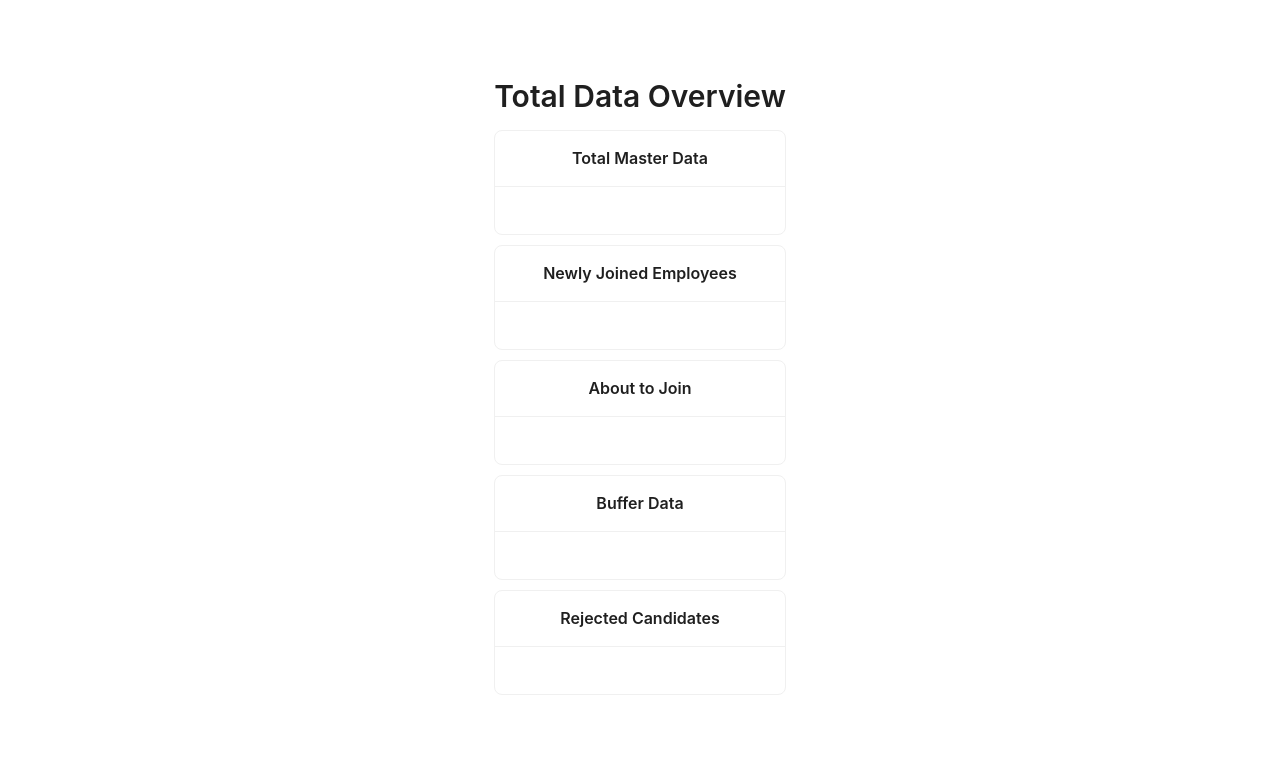
Repository: Moqueed/Delta_Iot
Page: /total-data (app in client/)
These files come from the project's save history. The page is drawn as it stood at one moment and after the next save; the edit follows.
The browser window is 1280 px wide. The pictures show the whole page.
The project was rebuilt for these pictures with package versions that can differ from the ones it lists, and the page was loaded fresh each time. Also part of the build but not shown: client/vite.config.js, client/src/api/index.js, client/src/api/users.js, client/src/pages/Register/index.jsx, client/src/pages/Login/index.jsx, client/src/components/ProtectedRoute.jsx, client/src/pages/HR/HRDashboard.jsx, client/src/pages/Admin/AdminDashboard.jsx.

Above is the page before, as saved 2025-03-13 22:41:27.

### client/src/App.jsx
import { Route, Routes } from "react-router-dom";
import "./App.css";
import RegisterPage from "./pages/Register";
import LoginPage from "./pages/Login";
import ProtectedRoute from "./components/ProtectedRoute";
import HRDashboard from "./pages/HR/HRDashboard";
import AdminDashboard from "./pages/Admin/AdminDashboard";
import TotalDataPage from "./pages/HR/TotalDataPage";

function App() {
  return (
    <>
      <Routes>
        <Route path="/register" element={<RegisterPage />} />
        <Route path="/login" element={<LoginPage />} />
        <Route
          path="/hr-dashboard"
          element={
            <ProtectedRoute role="HR">
              <HRDashboard />
            </ProtectedRoute>
          }
        />
        <Route
          path="/admin-dashboard"
          element={
            <ProtectedRoute role="Admin">
              <AdminDashboard />
            </ProtectedRoute>
          }
        />
        <Route path="*" element={<LoginPage />} />
        <Route path="/total-data" element={<TotalDataPage/>}/>
      </Routes>
    </>
  );
}

export default App;

### client/src/pages/HR/TotalDataPage.jsx
import React from "react";
import { Card, Typography } from "antd";

const { Title } = Typography;

const TotalDataPage = () => {
  return (
    <div style={{ padding: 20 }}>
      <Title level={2}>Total Data Overview</Title>

      <Card title="Total Master Data" style={{ marginBottom: 10 }}>
        {/* Data table or content */}
      </Card>

      <Card title="Newly Joined Employees" style={{ marginBottom: 10 }}>
        {/* Data table or content */}
      </Card>

      <Card title="About to Join" style={{ marginBottom: 10 }}>
        {/* Data table or content */}
      </Card>

      <Card title="Buffer Data" style={{ marginBottom: 10 }}>
        {/* Data table or content */}
      </Card>

      <Card title="Rejected Candidates" style={{ marginBottom: 10 }}>
        {/* Data table or content */}
      </Card>
    </div>
  );
};

export default TotalDataPage;

Loaded but not shown: client/index.html (common file); client/src/main.jsx (common file); client/src/index.css (common file); client/src/App.css (common file)

After the next save:
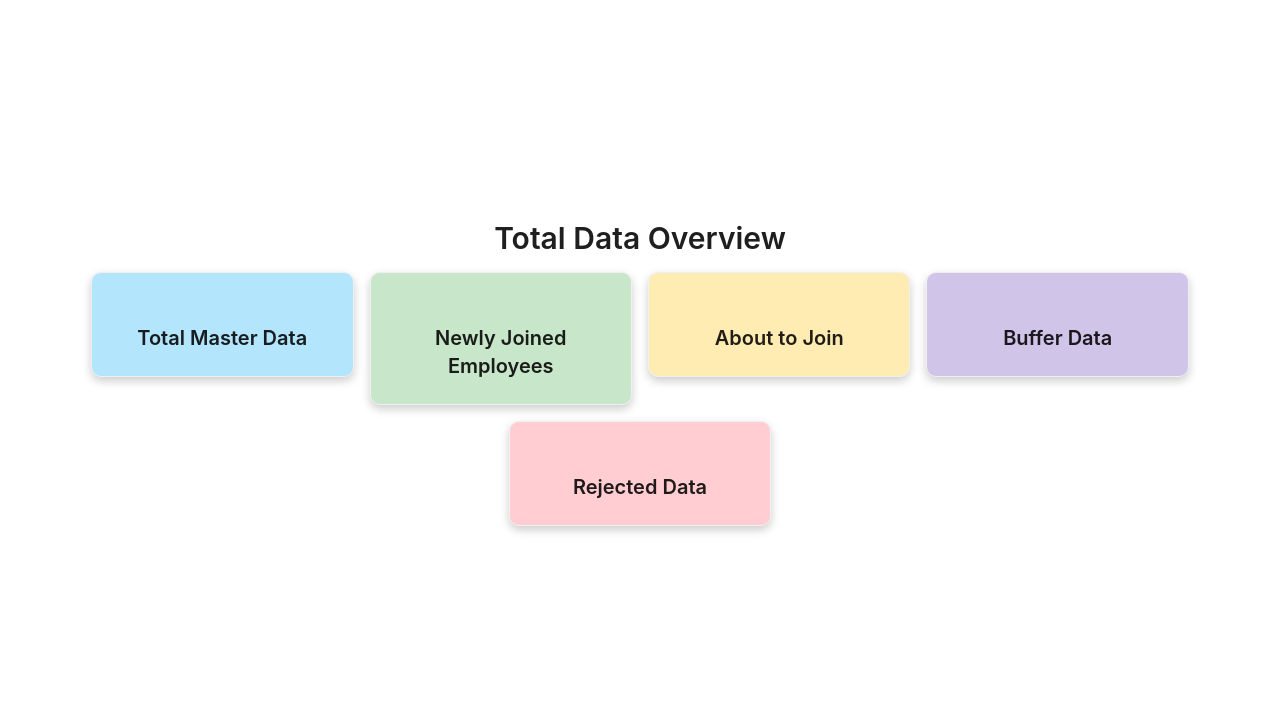
Saved 3 min 15 s later.
--- a/client/src/pages/HR/TotalDataPage.jsx
+++ b/client/src/pages/HR/TotalDataPage.jsx
@@ -1,32 +1,47 @@
 import React from "react";
-import { Card, Typography } from "antd";
+import { Card, Typography, Row, Col } from "antd";
+import { useNavigate } from "react-router-dom";
 
 const { Title } = Typography;
 
 const TotalDataPage = () => {
+  const navigate = useNavigate();
+
+  const sections = [
+    { title: "Total Master Data", color: "#b3e5fc", route: "/master-data" },
+    { title: "Newly Joined Employees", color: "#c8e6c9", route: "/new-employees" },
+    { title: "About to Join", color: "#ffecb3", route: "/about-to-join" },
+    { title: "Buffer Data", color: "#d1c4e9", route: "/buffer-data" },
+    { title: "Rejected Data", color: "#ffcdd2", route: "/rejected-data" },
+  ];
+
+  const handleCardClick = (route) => {
+    navigate(route);
+  };
+
   return (
-    <div style={{ padding: 20 }}>
+    <div style={{ padding: 20, textAlign: "center" }}>
       <Title level={2}>Total Data Overview</Title>
 
-      <Card title="Total Master Data" style={{ marginBottom: 10 }}>
-        {/* Data table or content */}
-      </Card>
-
-      <Card title="Newly Joined Employees" style={{ marginBottom: 10 }}>
-        {/* Data table or content */}
-      </Card>
-
-      <Card title="About to Join" style={{ marginBottom: 10 }}>
-        {/* Data table or content */}
-      </Card>
-
-      <Card title="Buffer Data" style={{ marginBottom: 10 }}>
-        {/* Data table or content */}
-      </Card>
-
-      <Card title="Rejected Candidates" style={{ marginBottom: 10 }}>
-        {/* Data table or content */}
-      </Card>
+      <Row justify="center" gutter={[16, 16]}>
+        {sections.map((section, index) => (
+          <Col xs={24} sm={12} md={8} lg={6} key={index}>
+            <Card
+              hoverable
+              onClick={() => handleCardClick(section.route)}
+              style={{
+                background: section.color,
+                borderRadius: 10,
+                boxShadow: "0 4px 10px rgba(0,0,0,0.2)",
+                textAlign: "center",
+                cursor: "pointer",
+              }}
+            >
+              <Title level={4} style={{ marginBottom: 0 }}>{section.title}</Title>
+            </Card>
+          </Col>
+        ))}
+      </Row>
     </div>
   );
 };
